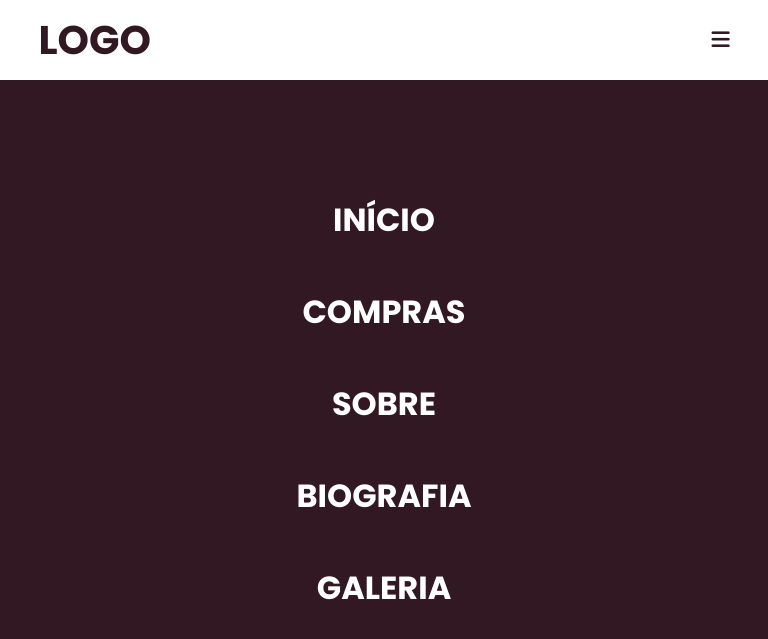
Repository: Matheus904-12/Teste
Page: teste.html
The author's editor kept a copy of each file at every save. The page is drawn from the files as they stood at one save, then again after a run of saves.
The browser window is 768 px wide. The pictures show the whole page.
Some web libraries are served in a nearby version.

Above is the page before, as saved 2023-11-01 10:26:48.

After the next 2 saves:
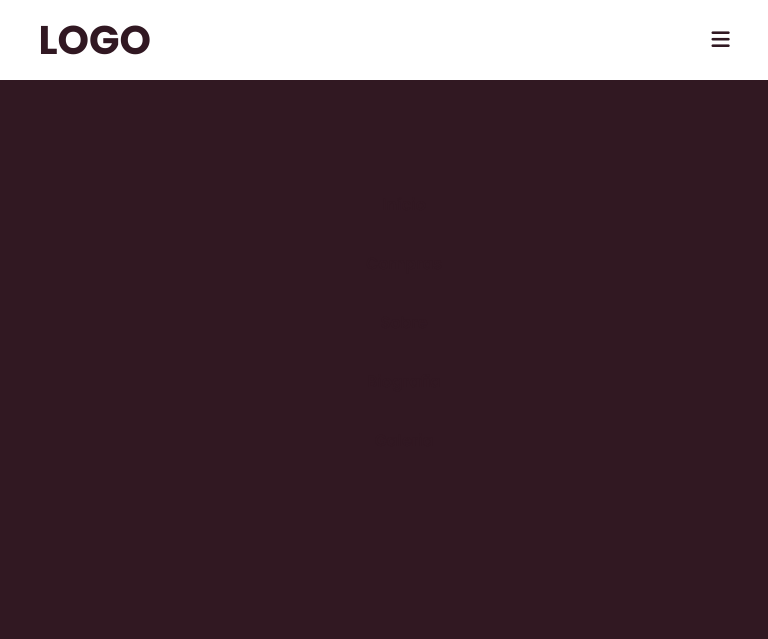
The 2 saves are shown as one change because they came seconds apart.
The last was saved 31 s later.
--- a/css.css
+++ b/css.css
@@ -89,6 +89,7 @@
         z-index: 10;
         transition: left 0.4s ease;
     }
+    header
     header nav .menu li a {
         margin-left: unset;
         font-size: 2rem;

After the 4 saves that followed:
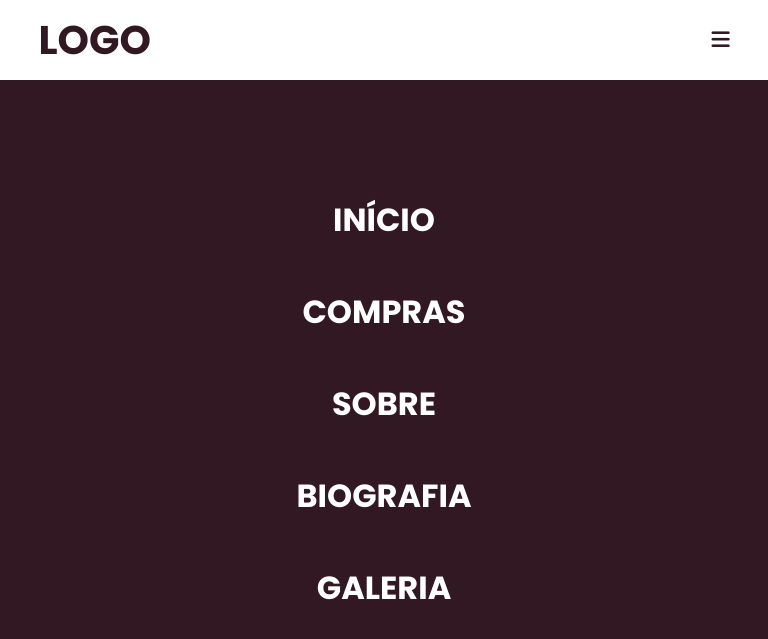
The 4 saves are shown as one change because 2 left the picture as it was and some came seconds apart.
The last was saved 19 s later.
--- a/css.css
+++ b/css.css
@@ -89,7 +89,9 @@
         z-index: 10;
         transition: left 0.4s ease;
     }
-    header
+    header nav .menu.active{
+
+    }
     header nav .menu li a {
         margin-left: unset;
         font-size: 2rem;
